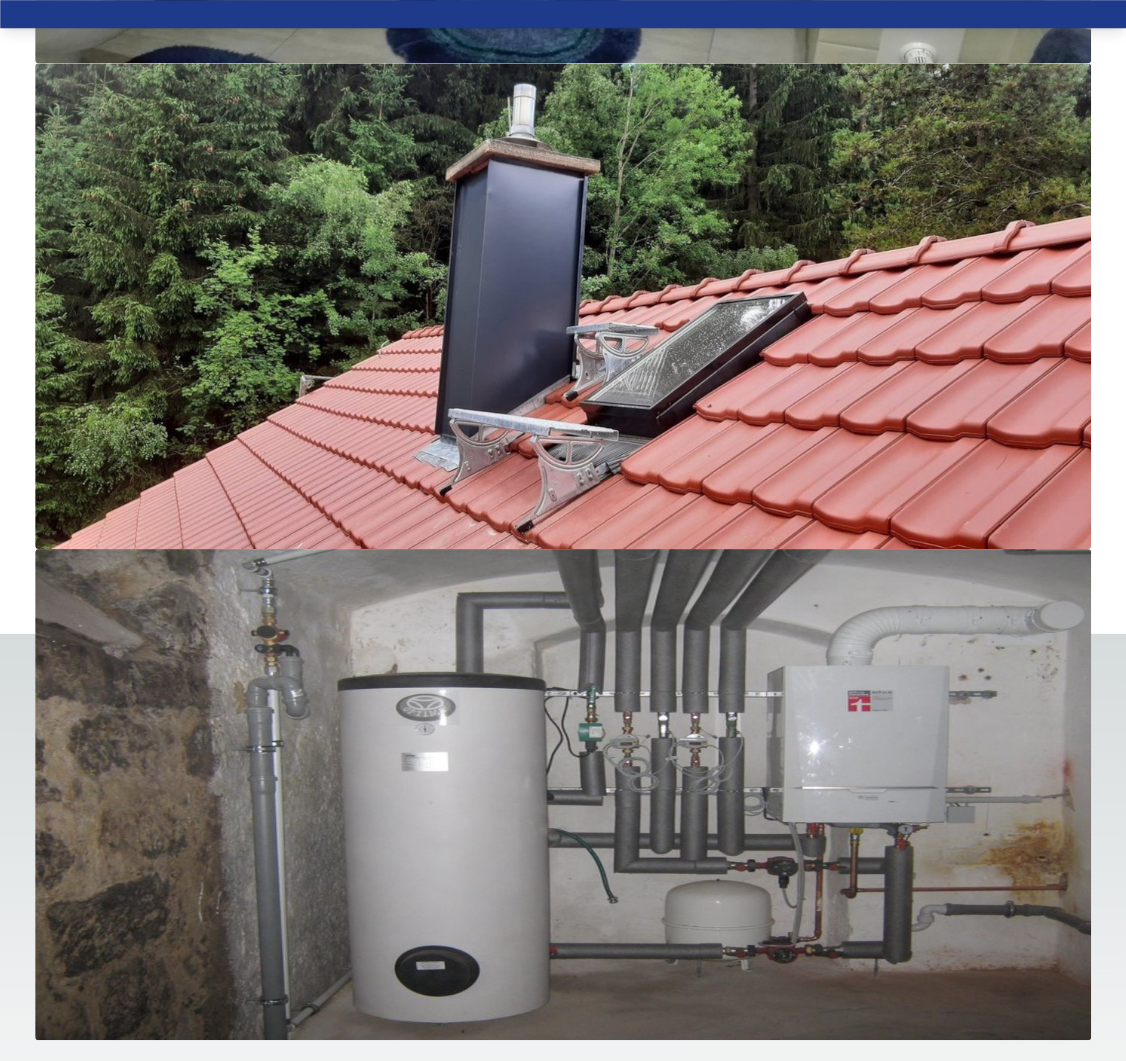
Repository: LorenMucha/firma-andreas-mucha
Page: /
These files come from the project's save history. The page is drawn as it stood at one moment and after the next save; the edit follows.
The browser window is 1280 px wide. The pictures show the whole page, at 88% of full size.
The project was rebuilt for these pictures with package versions that can differ from the ones it lists, and the page was loaded fresh each time. The framework's server and built-in components were replaced by stand-ins that run in the browser. Also part of the build but not shown: next.config.mjs.

Above is the page before, as saved 2024-04-15 16:54:30.

### src/app/layout.tsx
import type { Metadata } from "next";
import { Inter } from "next/font/google";
import "./globals.css";

const inter = Inter({ subsets: ["latin"] });

export const metadata: Metadata = {
  title: "Firma Andreas Mucha",
  description: "Generated by create next app",
};

export default function RootLayout({
  children,
}: Readonly<{
  children: React.ReactNode;
}>) {
  return (
    <html lang="de" suppressHydrationWarning={true}>
      <body className={inter.className}>{children}</body>
    </html>
  );
}

### src/app/page.tsx
"use client";
import Intro from "./components/Intro";
import Navbar from "./components/Navbar";

export default function Home() {
  return (
    <main className="flex min-h-screen flex-col items-center justify-between">
      <Navbar />
      <Intro />
    </main>)
}

### src/app/globals.css
@tailwind base;
@tailwind components;
@tailwind utilities;

@import '@coreui/coreui/dist/css/coreui.min.css';

:root {
  --foreground-rgb: 0, 0, 0;
  --background-start-rgb: 214, 219, 220;
  --background-end-rgb: 255, 255, 255;
}

@media (prefers-color-scheme: dark) {
  :root {
    --foreground-rgb: 255, 255, 255;
    --background-start-rgb: 0, 0, 0;
    --background-end-rgb: 0, 0, 0;
  }
}

body {
  color: rgb(var(--foreground-rgb));
  background: linear-gradient(to bottom,
      transparent,
      rgb(var(--background-end-rgb))) rgb(var(--background-start-rgb));
}

@layer utilities {
  .text-balance {
    text-wrap: balance;
  }
}

### src/app/components/Intro.tsx
import { CCarousel, CCarouselItem, CImage } from "@coreui/react"

const Intro = (): React.JSX.Element =>
    <div className="w-screen h-screen flex flex-col justify-center items-center bg-white p-10">
        <CCarousel controls indicators>
            <CCarouselItem>
                <CImage align="center" className="object-cover" fluid rounded src="/images/bad.jpg" alt="slide 1" />
            </CCarouselItem>
            <CCarouselItem>
                <CImage align="center" className="object-cover" fluid rounded src="/images/dach.jpg" alt="slide 2" />
            </CCarouselItem>
            <CCarouselItem>
                <CImage align="center" className="object-cover" fluid rounded src="/images/heizung.JPG" alt="slide 3" />
            </CCarouselItem>
        </CCarousel>
    </div>

export default Intro

### src/app/components/Navbar.tsx
const Navbar = (): React.JSX.Element =>
    <nav className="shadow-lg fixed w-screen top-0 z-10 px-3 bg-blue-900">
        <div className="max-w-6xl mx-auto">
            <div className="flex justify-between">
                <div className="inline-flex justify-center md:p-4 mb-1 mt-1 md:mt-0 md:mb-0">
                    <a>
                        <span className="font-semibold md:text-l"></span>
                    </a>
                </div>
            </div>
        </div>
    </nav>

export default Navbar

Loaded but not shown: tailwind.config.ts (common file)

After the next save:
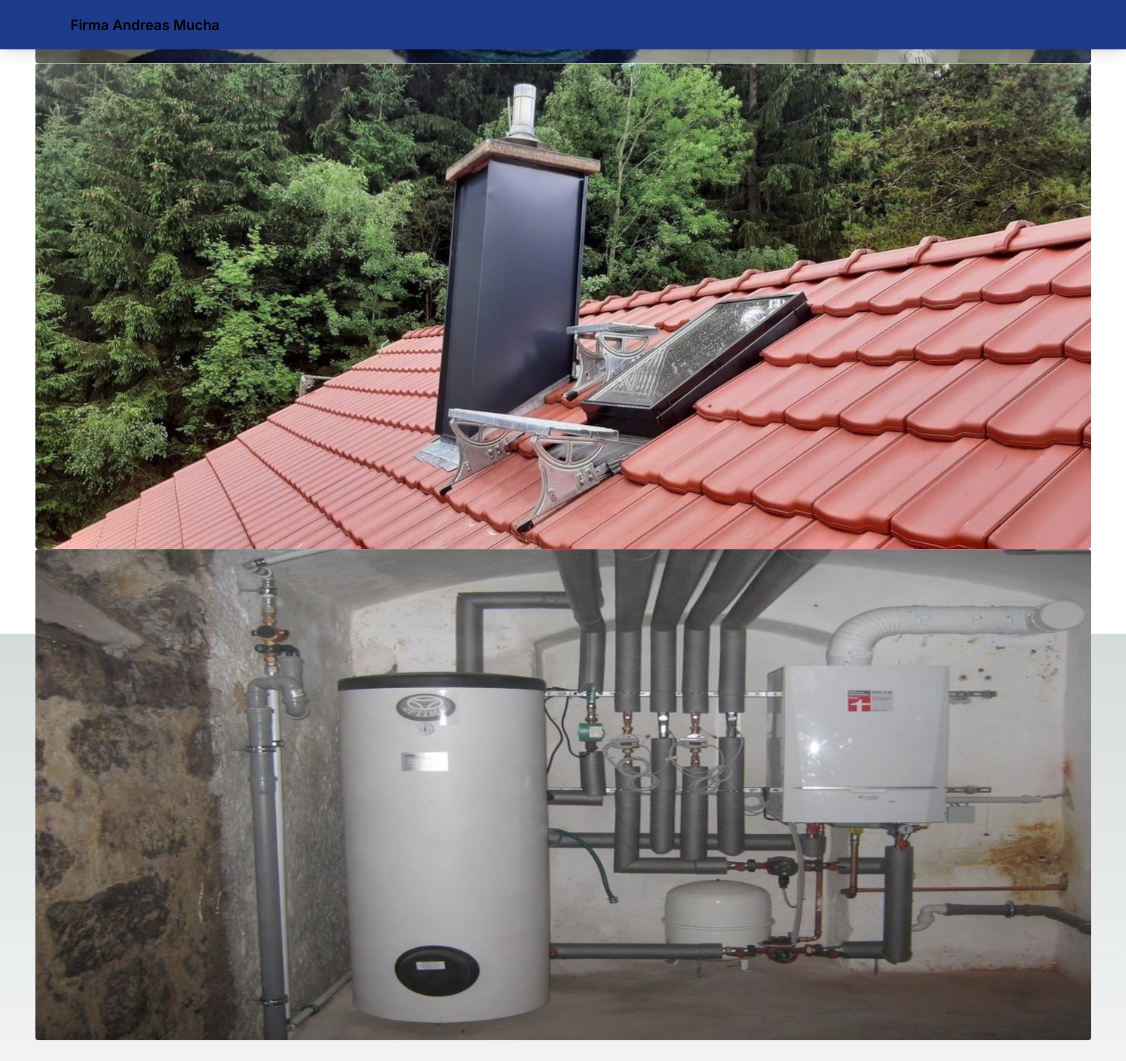
Saved 35 s later.
--- a/src/app/components/Navbar.tsx
+++ b/src/app/components/Navbar.tsx
@@ -4,7 +4,7 @@ const Navbar = (): React.JSX.Element =>
             <div className="flex justify-between">
                 <div className="inline-flex justify-center md:p-4 mb-1 mt-1 md:mt-0 md:mb-0">
                     <a>
-                        <span className="font-semibold md:text-l"></span>
+                        <span className="font-semibold md:text-l">Firma Andreas Mucha</span>
                     </a>
                 </div>
             </div>
